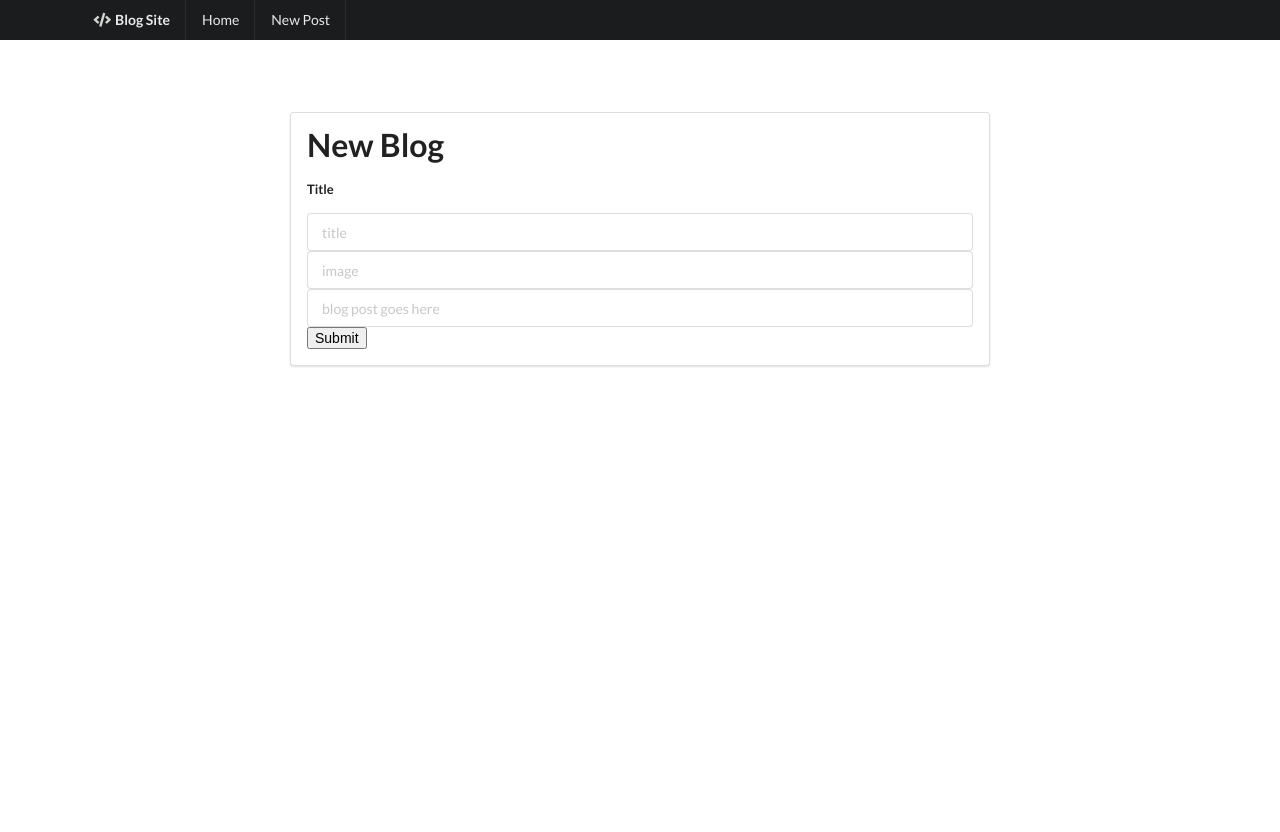
Repository: MR-TYLER31/RESTful_Blog_App
Page: http://localhost/blogs/new
The author's editor kept a record of every edit. The page is drawn from the files as they stood at one moment, then again after the next edit.
The browser window is 1280 px wide. The pictures show the whole page.
Some web libraries are served in a nearby version. The page is served by the project's Node server (app.js).

Above is the page before.

### views/new.ejs
<% include ./partials/header %>

<div class="ui main text container segment">
    <div class="ui huge header">New Blog</div>
    <form class="ui form" action="/blogs" method="POST">
        <div class="field">
            <label>Title</label>
        </div>
        <input type="text" name="blog[title]" placeholder="title"/>
        <input type="text" name="blog[image]" placeholder="image"/>
        <input type="text" name="blog[body]" placeholder="blog post goes here"/>
        <input type="submit"/>
    </form>
</div>

<% include ./partials/footer %>

### views/partials/header.ejs
<!DOCTYPE html>
<html lang="en">
    <head>
        <title>Blog App</title>
        <link rel="stylesheet" type="text/css" href="https://cdnjs.cloudflare.com/ajax/libs/semantic-ui/2.1.4/semantic.min.css"/>
        <link rel="stylesheet" type="text/css" href="/stylesheets/app.css" />
    </head>
<body>
    <div class="ui fixed inverted menu">
        <div class="ui container">
            <div class="header item"><i class="code icon"></i>Blog Site</div>
            <a href="/" class="item">Home</a>
            <a href="/blogs/new" class="item">New Post</a>
        </div>
    </div>

### views/partials/footer.ejs

    </body>
</html>

### app.js
var express = require("express"),
    methodOverride = require("method-override"),
    app = express(),
    bodyParser = require("body-parser"),
    mongoose = require("mongoose");

 // APP CONGIF
mongoose.connect("mongodb://localhost/restful_blog_app", {useNewUrlParser: true});
app.set("view engine", "ejs");
app.use(express.static("public"));
app.use(bodyParser.urlencoded({extended: true}));
app.use(methodOverride("_method"));

// MONGOOSE/MODEL CONFIG
var blogSchema = new mongoose.Schema({
    title: String,
    image: String,
    body: String,
    created: {type: Date, default: Date.now}
});
    var Blog = mongoose.model("Blog", blogSchema);

    // Blog.create({
    //     title: "Test Blog",
    //     image: "https://images.unsplash.com/photo-1534361960057-19889db9621e?ixlib=rb-1.2.1&ixid=eyJhcHBfaWQiOjEyMDd9&auto=format&fit=crop&w=500&q=60",
    //     body: "HELLO THIS IS A BLOG POST"
    // });


// RESTFULL ROUTES

app.get('/', function(req, res) {
    res.redirect('/blogs');
});


// Index Route
app.get('/blogs', function(req, res) {
    Blog.find({}, function(err, blogs) {
        if(err) {
            console.log("ERROR!");
        } else {
            res.render('index', {blogs: blogs});
        }
    });
});

// NEW ROUTE
app.get('/blogs/new', function(req, res) {
    res.render('new');
});

//CREATE ROUTE
app.post('/blogs', function(req, res) {
    // CREATE BLOG
    Blog.create(req.body.blog, function(err, newBlog) {
        if(err) {
            res.render('new');
        } else {
            // then redirect to the index
            res.redirect('/blogs');
        }
    });
});

// SHOW ROUTE
app.get('/blogs/:id', function(req, res) {
   Blog.findById(req.params.id, function(err, foundBlog) {
      if(err) {
          res.redirect('/blogs');
      } else {
          res.render('show', {blog: foundBlog});
      }
   });
});

// EDIT ROUTE
app.get("/blogs/:id/edit", function(req, res){
    Blog.findById(req.params.id, function(err, foundBlog){
        if(err){
            res.redirect("/blogs");
        } else {
            res.render("edit", {blog: foundBlog});
        }
    });
});

// UPDATE ROUTE
app.put('/blogs/:id', function(req, res) {
    Blog.findByIdAndUpdate(req.params.id, req.body.blog, function(err, updatedBlog) {
        if(err) {
            res.render('index');
        } else {
            res.redirect('/blogs/' + req.params.id);
        }
    });
});

// DELETE ROUT
app.delete('/blogs/:id', function(req, res) {
   // delete blog
   Blog.findByIdAndRemove(req.params.id, function(err) {
       if(err) {
           res.redirect('/blogs');
       } else {
           res.redirect('/blogs');
       }
   })
});

    app.listen(process.env.PORT, process.env.IP, function() {
       console.log("Server is running!!");
    });

### public/stylesheets/app.css
.icon {
    font-size: 2em;
}

.container.main {
    margin-top: 7.0em;
}

#delete {
    display: inline;
}

body {
    margin-top: 8rem;
}

After the next edit:
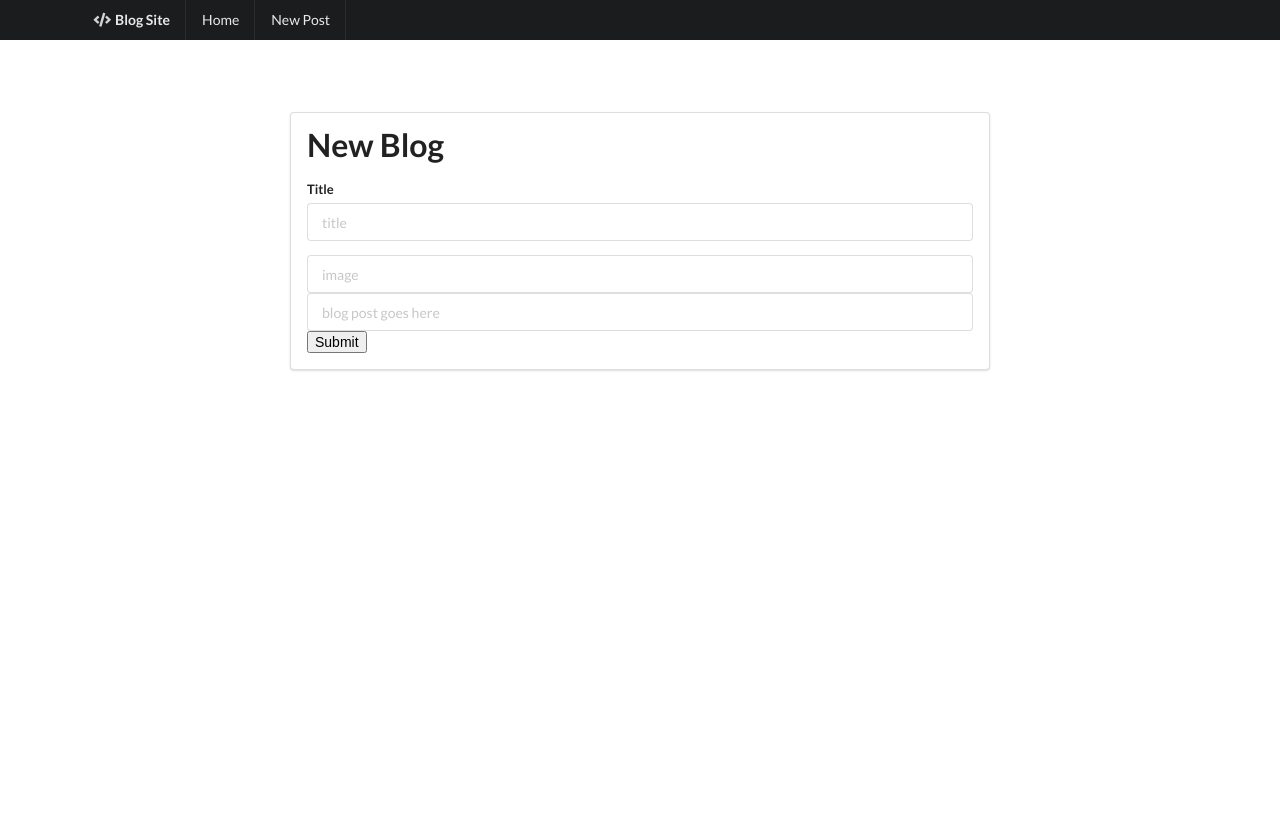
The edit:
--- a/views/new.ejs
+++ b/views/new.ejs
@@ -5,8 +5,9 @@
     <form class="ui form" action="/blogs" method="POST">
         <div class="field">
             <label>Title</label>
+            <input type="text" name="blog[title]" placeholder="title"/>
         </div>
-        <input type="text" name="blog[title]" placeholder="title"/>
+
         <input type="text" name="blog[image]" placeholder="image"/>
         <input type="text" name="blog[body]" placeholder="blog post goes here"/>
         <input type="submit"/>
